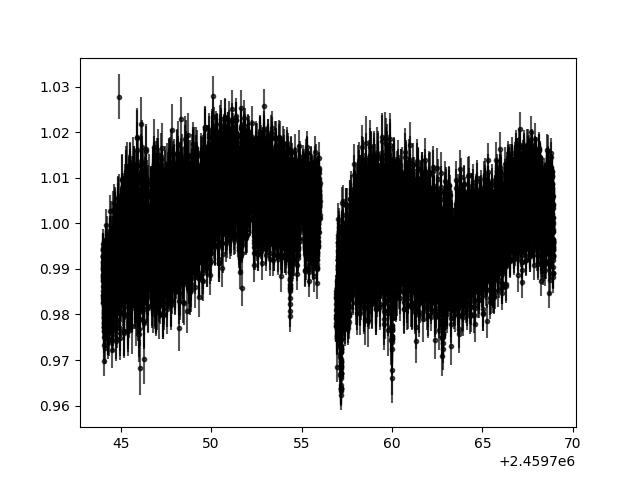
Repository: BoiseStatePlanetary/HAT-P-37-Transit-Timing-Analysis
Script's output: python code/tess_fitting.py
The author's editor kept a copy of each file at every save. The script's output is drawn from the files as they stood at one save, then again after a run of saves.
Random numbers start from a fixed seed.

Above is the script's output before, as saved 2025-04-04 17:52:24.

### code/tess_fitting.py
import numpy as np
import os
import scipy
import matplotlib.pyplot as plt

## HAT-P-37 b system parameters
# known_ref_mid["HAT-P-37b"] = 2457938.84392#±0.00016
# known_period["HAT-P-37b"] = 2.79744256#±0.00000041 Kokori

def read_data_file(file_name):
    phot_data = np.loadtxt(file_name, delimiter=",", skiprows=1)
    # correct time from BTJD to BJD
    tess_zero_time = 2457000.
    bjd_tdb = tess_zero_time + phot_data[:,0]
    return {"BJD_TDB" : bjd_tdb,
            "flux" : phot_data[:, 1],
            "error" : phot_data[:, 2]}

def plot_data(file_name):
    photdata = read_data_file(file_name)
    file_split = file_name.split("_")
    planet_name = file_split[-2]
    sector = file_split[-1]
    plt.errorbar(photdata["BJD_TDB"], photdata["flux"], yerr=photdata["error"], color='k', marker='.', ls='none', alpha=0.3,
                 label=f"{planet_name} {sector}")


if __name__ == "__main__":
    name_53 = "code/HAT-P-37b/TESS/folded_before_smoothing_HAT-P-37b_TESS-Sector-53.tsv"
    name_54 = "code/HAT-P-37b/TESS/folded_before_smoothing_HAT-P-37b_TESS-Sector-54.tsv"
    name_55 = "code/HAT-P-37b/TESS/folded_before_smoothing_HAT-P-37b_TESS-Sector-55.tsv"
    plot_data(name_53)
    plot_data(name_53)
    plot_data(name_53)
    plt.show()

Loaded but not shown: code/HAT-P-37b/TESS/folded_before_smoothing_HAT-P-37b_TESS-Sector-55.tsv (18235 lines, source omitted); code/HAT-P-37b/TESS/folded_before_smoothing_HAT-P-37b_TESS-Sector-54.tsv (17323 lines, source omitted); code/HAT-P-37b/TESS/folded_before_smoothing_HAT-P-37b_TESS-Sector-53.tsv (16691 lines, source omitted)

After the next 2 saves:
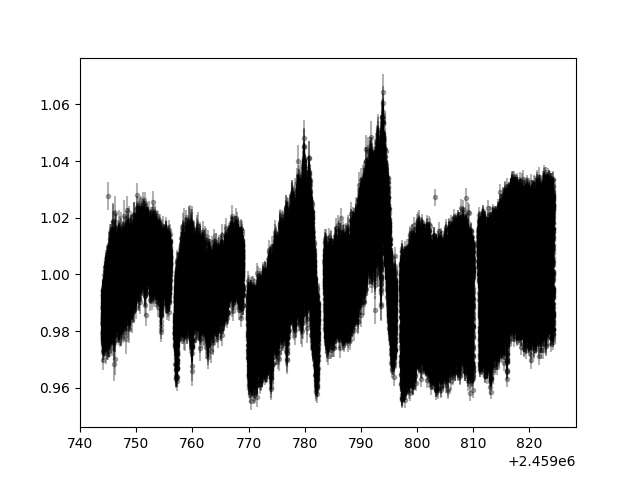
The 2 saves are shown as one change because they came seconds apart.
The last was saved 5 s later.
--- a/code/tess_fitting.py
+++ b/code/tess_fitting.py
@@ -30,6 +30,6 @@ if __name__ == "__main__":
     name_54 = "code/HAT-P-37b/TESS/folded_before_smoothing_HAT-P-37b_TESS-Sector-54.tsv"
     name_55 = "code/HAT-P-37b/TESS/folded_before_smoothing_HAT-P-37b_TESS-Sector-55.tsv"
     plot_data(name_53)
-    plot_data(name_53)
-    plot_data(name_53)
+    plot_data(name_54)
+    plot_data(name_55)
     plt.show()
